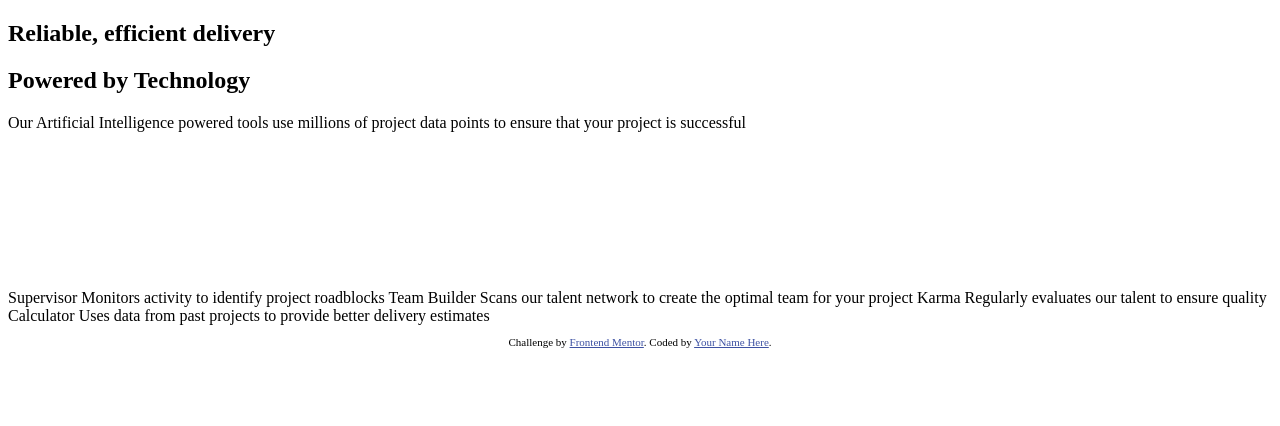
Repository: BuduCE/four-card-feature-section-master
Page: index.html
An editor plug-in stored every save of this project. The page is shown before and after a run of saves, followed by the edit.
The browser window is 1280 px wide. The pictures show the whole page.

Above is the page before, as saved 2023-06-01 21:28:46.

### index.html
<!DOCTYPE html>
<html lang="en">
<head>
  <meta charset="UTF-8">
  <meta name="viewport" content="width=device-width, initial-scale=1.0"> <!-- displays site properly based on user's device -->

  <link rel="icon" type="image/png" sizes="32x32" href="./images/favicon-32x32.png">

  <title>Frontend Mentor | Four card feature section</title>

  <!-- Feel free to remove these styles or customise in your own stylesheet 👍 -->
  <style>
    .attribution { font-size: 11px; text-align: center; }
    .attribution a { color: hsl(228, 45%, 44%); }
  </style>
</head>
<body>
  <h2>Reliable, efficient delivery</h2>
  <h2>Powered by Technology</h2>

  <p>Our Artificial Intelligence powered tools use millions of project data points
  to ensure that your project is successful</p>

  <div class="product_card">
    <div class="card_containers">
      <div class="card">
        <h4></h4>
        <p></p>
        <img src="" alt="">
      </div>
    </div>

    <div class="card_containers special">
      <div class="card">
        <h4></h4>
        <p></p>
        <img src="" alt="">
      </div>

      <div class="card">
        <h4></h4>
        <p></p>
        <img src="" alt="">
      </div>
    </div>

    <div class="card_containers">
      <div class="card">
        <h4></h4>
        <p></p>
        <img src="" alt="">
      </div>
    </div>
  </div>

  Supervisor
  Monitors activity to identify project roadblocks

  Team Builder
  Scans our talent network to create the optimal team for your project

  Karma
  Regularly evaluates our talent to ensure quality

  Calculator
  Uses data from past projects to provide better delivery estimates


  <footer>
    <p class="attribution">
      Challenge by <a href="https://www.frontendmentor.io?ref=challenge" target="_blank">Frontend Mentor</a>.
      Coded by <a href="#">Your Name Here</a>.
    </p>
  </footer>
</body>
</html>

After the next 2 saves:
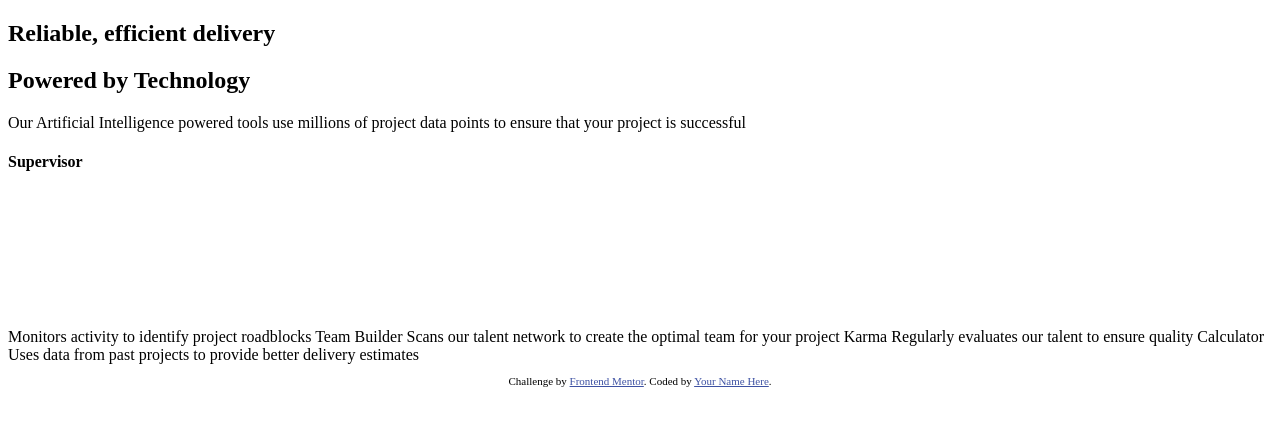
The 2 saves are shown as one change because they came seconds apart.
The last was saved 16 s later.
--- a/index.html
+++ b/index.html
@@ -24,7 +24,7 @@
   <div class="product_card">
     <div class="card_containers">
       <div class="card">
-        <h4></h4>
+        <h4>Supervisor</h4>
         <p></p>
         <img src="" alt="">
       </div>
@@ -53,7 +53,7 @@
     </div>
   </div>
 
-  Supervisor
+
   Monitors activity to identify project roadblocks
 
   Team Builder
